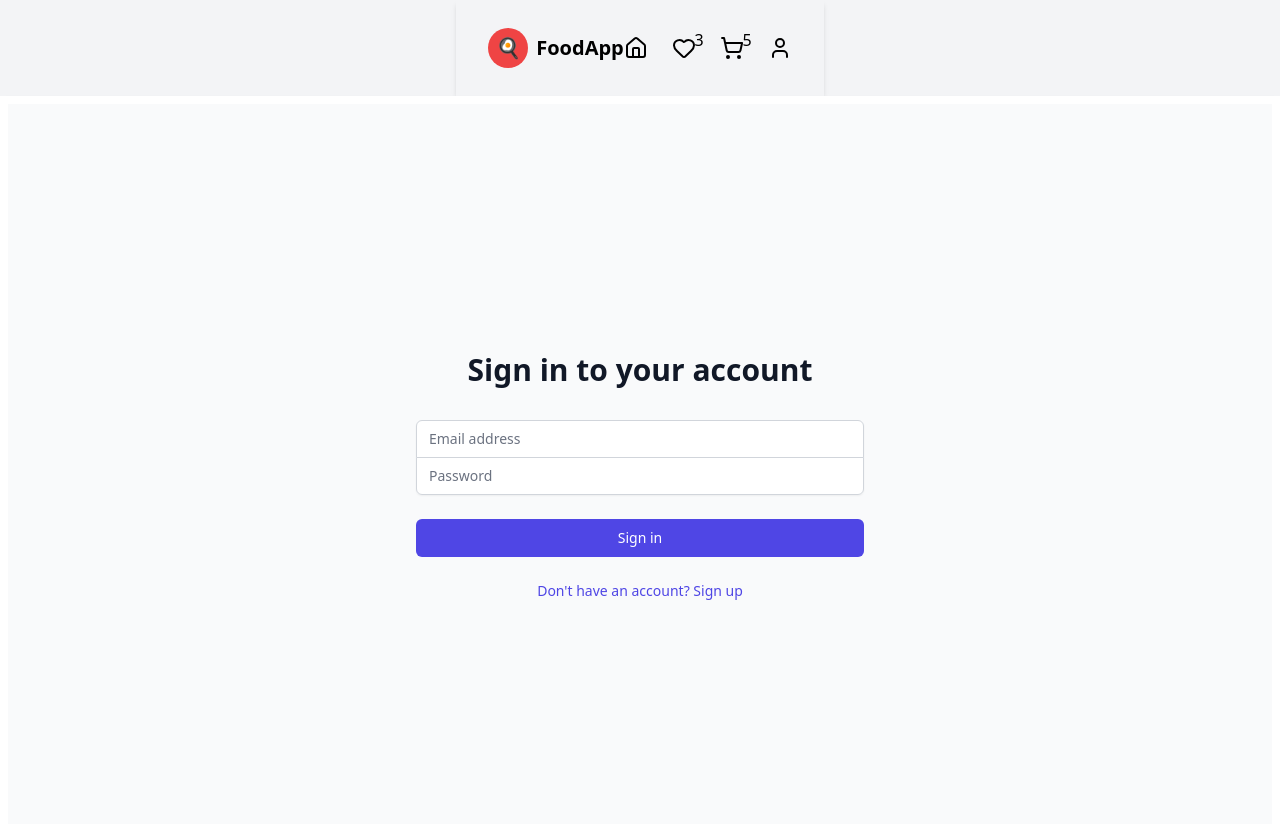
Repository: Deniihsilvaa/pastelariadoceesal
Page: /auth
The author's editor kept a copy of each file at every save. The page is drawn from the files as they stood at one save, then again after the next save.
The browser window is 1280 px wide. The pictures show the whole page.
The page's requests for data from a server got no answer. The project was rebuilt for these pictures with package versions that can differ from the ones it lists, and the page was loaded fresh each time. No one was signed in, and anything a server would have sent is missing. Also part of the build but not shown: vite.config.ts, src/components/home/CategoryCard.tsx, src/pages/HomePage.tsx, src/lib/supabaseClient.ts, src/components/restaurant/MenuItem.tsx, src/components/restaurant/MenuList.tsx, src/components/restaurant/RestaurantHeader.tsx, src/pages/RestaurantPage.tsx and 1 more.

Above is the page before, as saved 2024-12-31 17:59:25.

After the next save:
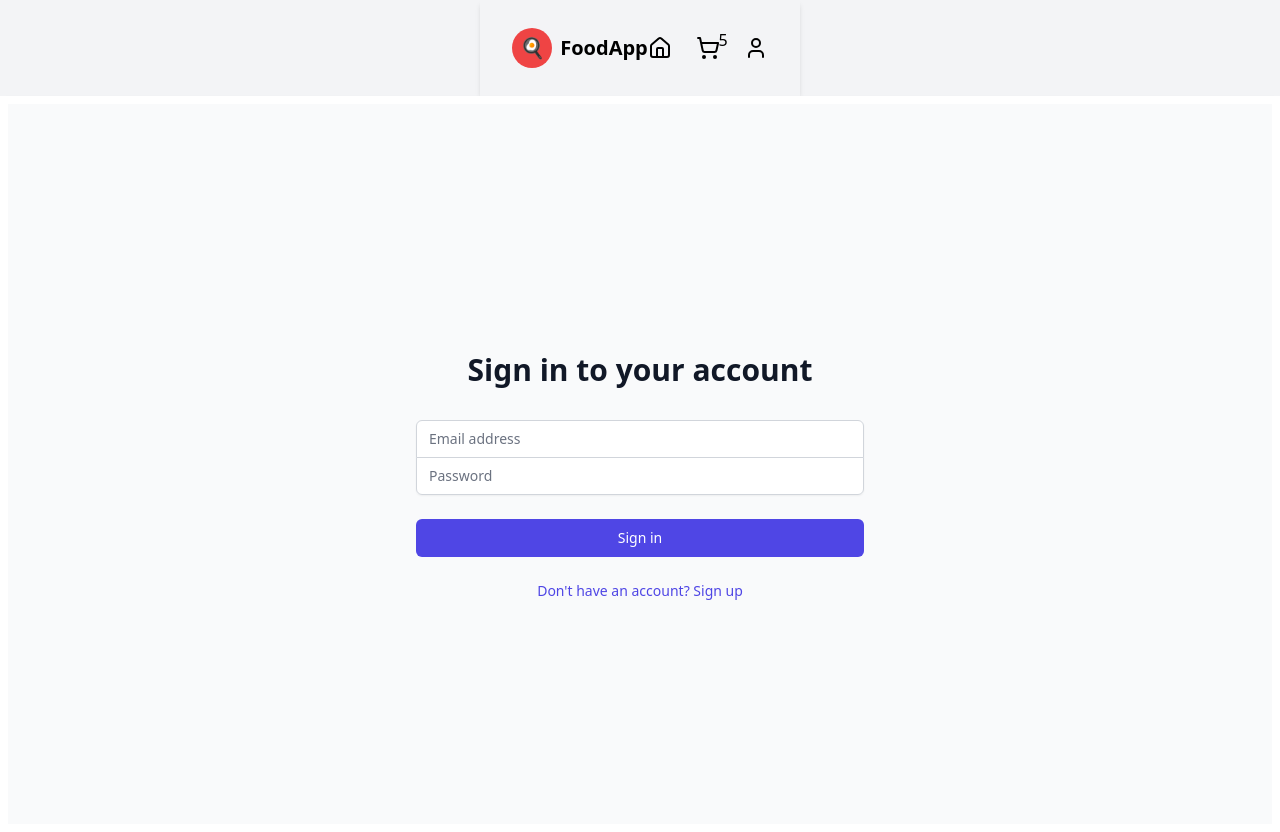
Saved 3 min 22 s later.
--- a/src/components/layout/Header.tsx
+++ b/src/components/layout/Header.tsx
@@ -10,7 +10,7 @@ export function Header() {
   const { user } = useAuth();
 
   return (
-    <div className="flex items-center justify-between p-4 mx-auto space-x-6 max-w-7xl sm:flex-col md:flex-row shadow-md">
+    <div className="flex items-center justify-between p-4 mx-auto space-x-6 shadow-md max-w-7xl sm:flex-col md:flex-row">
       <div className="flex items-center justify-between h-16 px-4 mx-auto max-w-7xl">
         {/* Logo */}
         <Link to="/" className="flex items-center space-x-2 ">
@@ -24,10 +24,6 @@ export function Header() {
         <nav className="flex items-center space-x-6">
           <Link to="/" className="nav-link">
             <Home className="w-6 h-6 hover:text-red-500" />
-          </Link>
-          <Link to="/favorites" className="relative nav-link">
-            <Heart className="w-6 h-6 hover:text-red-500" />
-            <Badge value="3" className="absolute -top-2 -right-2" />
           </Link>
           <Link to="/cart" className="relative nav-link">
             <ShoppingCart className="w-6 h-6 hover:text-red-500" />
